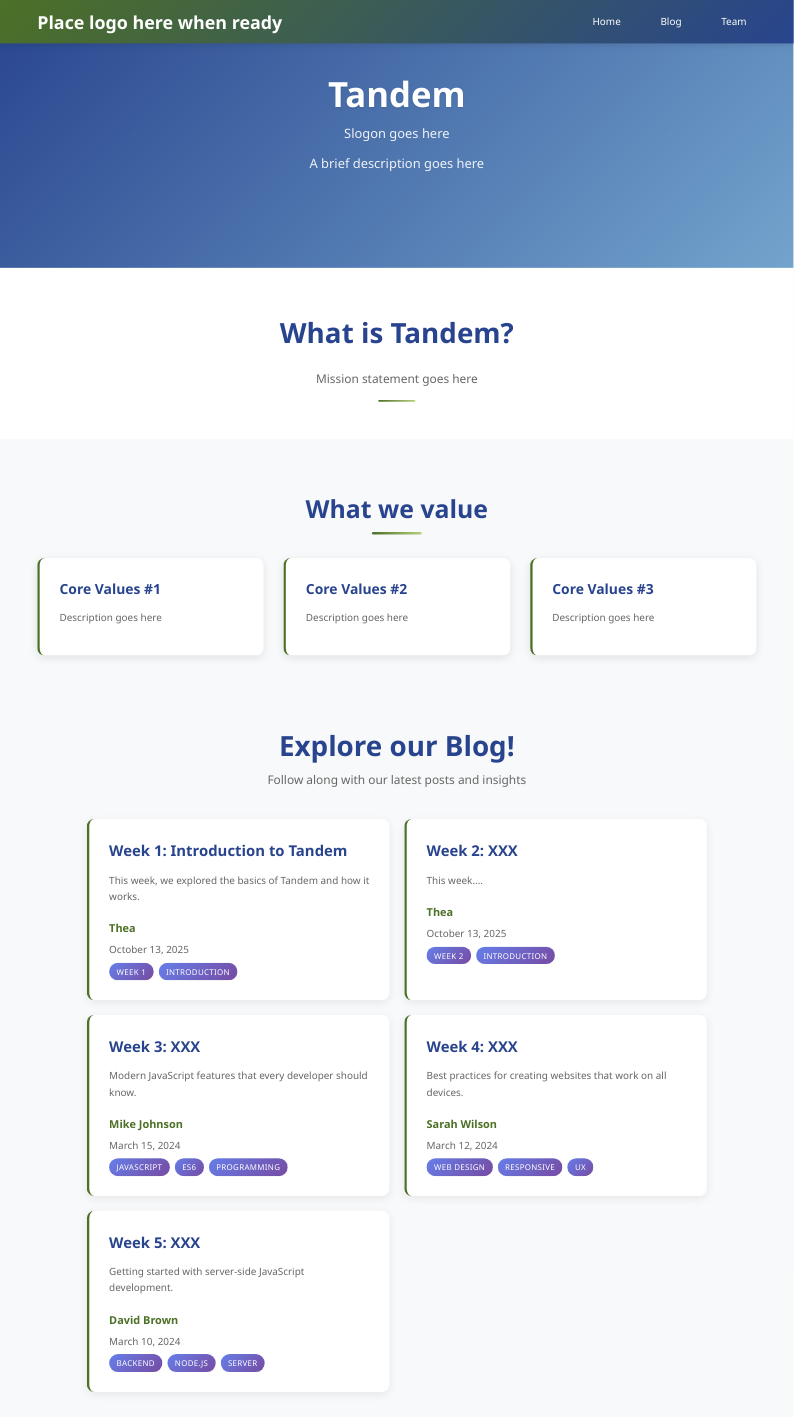
Repository: Bcit-sandy/TandemBlog
Page: /
The author's editor kept a copy of each file at every save. The page is drawn from the files as they stood at one save, then again after the next save.
The browser window is 1280 px wide. The pictures show the whole page, at 62% of full size.
The project was rebuilt for these pictures with package versions that can differ from the ones it lists, and the page was loaded fresh each time. Also part of the build but not shown: vite.config.js, src/pages/BlogPost.jsx, src/pages/About.css, src/pages/About.jsx.

Above is the page before, as saved 2025-10-13 16:17:50.

After the next save:
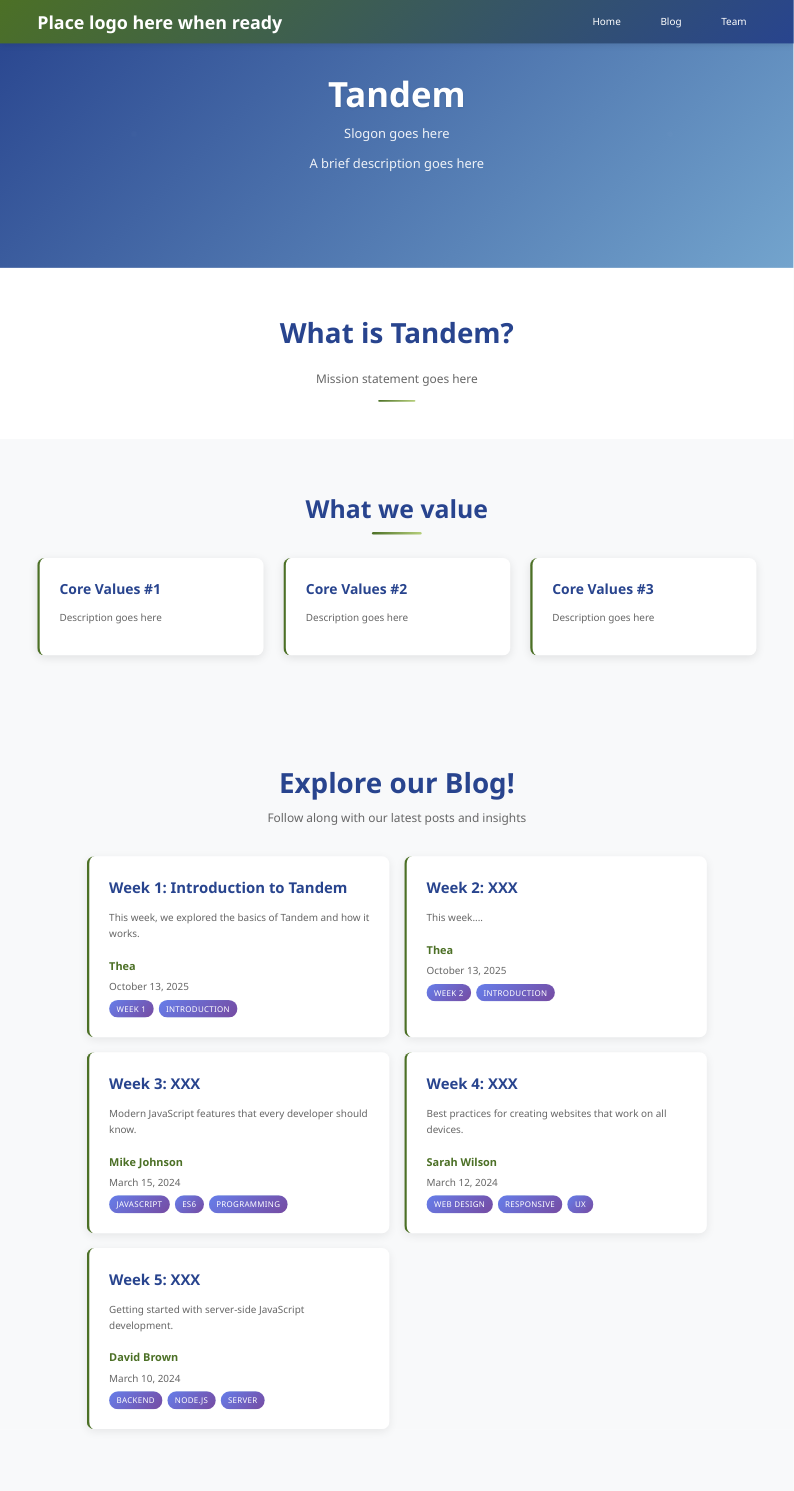
Saved 6 s later.
--- a/src/pages/Blog.css
+++ b/src/pages/Blog.css
@@ -8,7 +8,7 @@
 .blog-container {
   max-width: 1200px;
   width: 100%;
-  margin: 40px auto;
+  margin: 100px auto;
   padding: 0 20px;
   display: flex;
   flex-direction: column;
